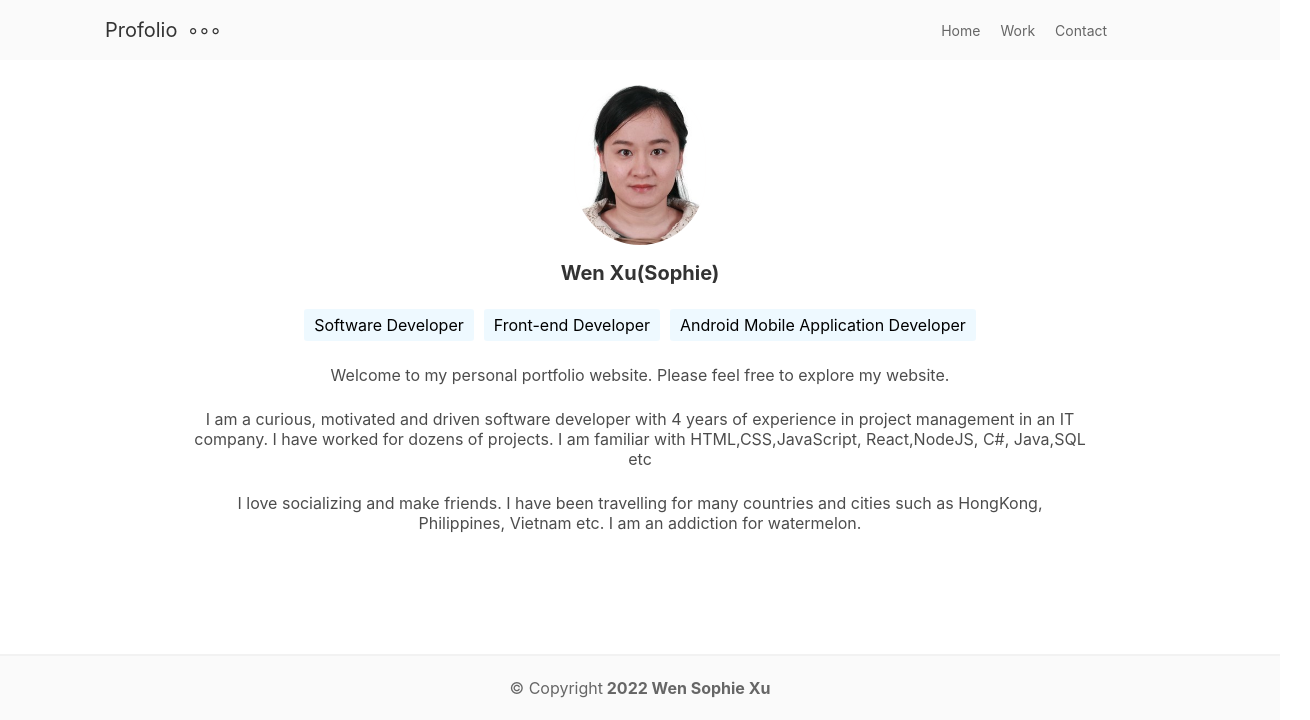
Repository: wenxi0504/myResume_app
Page: /
These files come from the project's save history. The page is drawn as it stood at one moment and after the next save; the edit follows.
The browser window is 1280 px wide. The page is 1280 px wide, then 1310 px, so the pictures cover 1310 px, including what lies to the right of the window. The pictures show the whole page.
The project was rebuilt for these pictures with package versions that can differ from the ones it lists, and the page was loaded fresh each time. Also part of the build but not shown: src/pages/WorkPage/works.module.scss, src/components/WorkLists/work.module.scss, src/components/WorkLists/index.js, src/pages/WorkPage/index.js, src/pages/WorkPageDetail/index.js, src/pages/Contact/index.js.

Above is the page before, as saved 2022-01-04 00:57:01.

### src/index.js
import React from 'react';
import ReactDOM from 'react-dom';
import './index.css';
import App from './pages/App';
import reportWebVitals from './reportWebVitals';
import { BrowserRouter as Router} from 'react-router-dom'



ReactDOM.render(
  <Router>
    <App />
  </Router>,
  document.getElementById('root')
);

// If you want to start measuring performance in your app, pass a function
// to log results (for example: reportWebVitals(console.log))
// or send to an analytics endpoint. Learn more: https://bit.ly/CRA-vitals
reportWebVitals();

### src/index.css
body {
  margin: 0;
  padding: 0;
  font-family: -apple-system, BlinkMacSystemFont, "Segoe UI", "Roboto", "Oxygen",
    "Ubuntu", "Cantarell", "Fira Sans", "Droid Sans", "Helvetica Neue",
    sans-serif;
  -webkit-font-smoothing: antialiased;
  -moz-osx-font-smoothing: grayscale;
}

code {
  font-family: source-code-pro, Menlo, Monaco, Consolas, "Courier New",
    monospace;
}


body, h1, h2, h3, h4, h5, h6, hr, p, blockquote, dl, dt, dd, ul, ol, li, pre, form, fieldset, legend, button, input, textarea, th, td {
  margin:0; padding:0;
}
body, button, input, select, textarea {
  font:12px/1.5tahoma, arial, \5b8b\4f53;
}
h1, h2, h3, h4, h5, h6{
  font-size:100%;
  color:rgb(51, 51, 51);
}
address, cite, dfn, em, var {
  font-style:normal;
}
code, kbd, pre, samp {
  font-family:couriernew, courier, monospace;
}
small{
  font-size:12px;
}
ul, ol {
  list-style:none;

}

a {
  text-decoration:none;
}

sup {
  vertical-align:text-top;
}
sub{
  vertical-align:text-bottom;
}
legend {
  color:#000;
}
fieldset, img {
  border:0;
}
button, input, select, textarea {
  font-size:100%;
}
table {
  border-collapse:collapse; border-spacing:0;
}


html,body,#root{
   width: 100%;
   height: 100%;
}

code {
  font-family: source-code-pro, Menlo, Monaco, Consolas, "Courier New",
    monospace;
}

### src/pages/App.js
import logo from "./logo.svg";
import styles from "./App.module.scss";
import { Link, Routes, Route } from "react-router-dom";
import HomePage from "./HomePage";
import WorkPage from "./WorkPage";
import WorkPageDetail from "./WorkPageDetail";
import Contact from "./Contact";
function App() {
  //get value of location

  return (
    <div className={styles.App}>
      {/*Header*/}
      <header className={styles.header}>
        <div className={styles.box}>
          <Link to="/">
            <div className={styles.boxleft}>Profolio</div>
          </Link>
          <div className={styles.boxright}>
            <Link to="/">
              <p>Home</p>
            </Link>
            <Link to="/works">
              <p>Work</p>
            </Link>
            <Link to="/contact">
              <p>Contact</p>
            </Link>
          </div>
        </div>
      </header>

      {/* Content */}
      <section className={styles.content}>
        <div>
          <Routes>
            <Route path="/" exact element={<HomePage />} />
            <Route path="/works" exact element={<WorkPage />} />
            <Route path="/works/:id" exact element={<WorkPageDetail />} />
            <Route path="/contact" exact element={<Contact />} />
          </Routes>
        </div>
      </section>

      {/*footer*/}
      <footer className={styles.footer}>
        <p>
          © Copyright<b> 2022 Wen Sophie Xu</b>
        </p>
      </footer>
    </div>
  );
}

export default App;

### src/pages/App.module.scss
.App {
  display: flex;
  min-height: 100vh;
  flex-direction: column;
  .content {
    flex: 1;
    text-align: center;
  }
  .header {
    background-color: rgb(250, 250, 250);
    height: 60px;
    .selected {
      color: #333 !important;
      padding-bottom: 5px;
      border-bottom: 1.5px solid #333;
    }
    .box {
      width: 70%;
      height: 100%;

      display: flex;
      align-items: center;
      justify-content: space-between;
      a:hover {
        text-decoration: none;
      }
      .boxleft {
        font-size: 20px;
        color: rgb(51, 51, 51);
        padding: 0px 5px 0px 100px;
        margin: 0px 5px;
      }
      .boxleft::after {
        content: "◦◦◦";
        margin-left: 0.5em;
      }

      .boxright {
        display: inline-flex;
        justify-content: flex-start;
        padding: 0px 5px 0px 100px;
        margin: 0px 5px 0px 600px;
        p {
          margin: 0px 10px;
          font-size: 14px;
          color: rgb(102, 102, 102);
        }
      }
      div {
        cursor: pointer;
      }
    }
  }
  .footer {
    text-align: center;
    padding: 20px 0px;
    margin-top: 10px;;
    color: rgb(102, 102, 102);
    background: #fafafa;
    border-top: 2px solid #f2f2f2;
    p {
      padding: 2px 0px;
    }
  }
}

### src/pages/HomePage/index.js
// eslint-disable-next-line no-unused-vars
import React, { Component } from 'react';
import styles from'./home.module.scss'


// eslint-disable-next-line import/no-anonymous-default-export
export default () => {
    return <div className={styles.wrap}>
        {/* Personal Info*/}
       <section className={styles.brief}>

       <img className={styles.backgroundColor} src={require("../../assets/images/wenxuReact2.jpg")} alt="sophie"/>
       <h2>Wen Xu(Sophie)</h2>

       <ul>
          <li>Software Developer</li>
          <li>Front-end Developer</li>
          <li>Android Mobile Application Developer</li>
       </ul>
       <p>Welcome to my personal portfolio website. Please feel free to explore my website.</p>
       <p>I am a curious, motivated and driven software developer with 4 years of experience in project management in an IT company. I have worked for dozens of projects. I am familiar with HTML,CSS,JavaScript, React,NodeJS, C#, Java,SQL etc </p>
       <p>I love socializing and make friends. I have been travelling for many countries and cities such as HongKong, Philippines, Vietnam etc. I am an addiction for watermelon. </p>
       </section>

        </div>
}

### src/pages/HomePage/home.module.scss

    .wrap{
        flex: 1;
        width: 70%;
        margin: 5px auto;
        .brief{
           text-align: center;


            h2{
              padding: 12px 0px;
              font-size: 20px;
            }

            img{

               width: 130px;
               height: 160px;
               border-radius: 150px;
               margin-top: 20px;
               box-shadow:0px 0px 2px 0px rgb(253, 251, 251)

            }
            img:hover{
                box-shadow: 0px 0px 15px 3px rgb(246, 239, 233)
            }



           ul{
            display: flex;
            justify-content: center;
             li{
                padding: 6px 10px;
                background: rgba(87, 199, 255, 0.1);
                margin: 12px 5px;
                border-radius: 3px;
             }
           }

           p{
            padding: 12px 0px;
            color: rgba(0, 0, 0, 0.7);
          }
        }

        .work{
            text-align: center;
            padding-top: 40px;
            padding-bottom: 25px;
            .title{
              h3{
                font-size: 30px;
                padding-bottom: 12px;
                color: rgba(0,0,0,.8);
                font-weight: 400;
              }
              p{
                color: rgba(0, 0, 0, 0.7);
              }
            }

    }
}

Loaded but not shown: public/index.html (common file); src/reportWebVitals.js (common file)

After the next save:
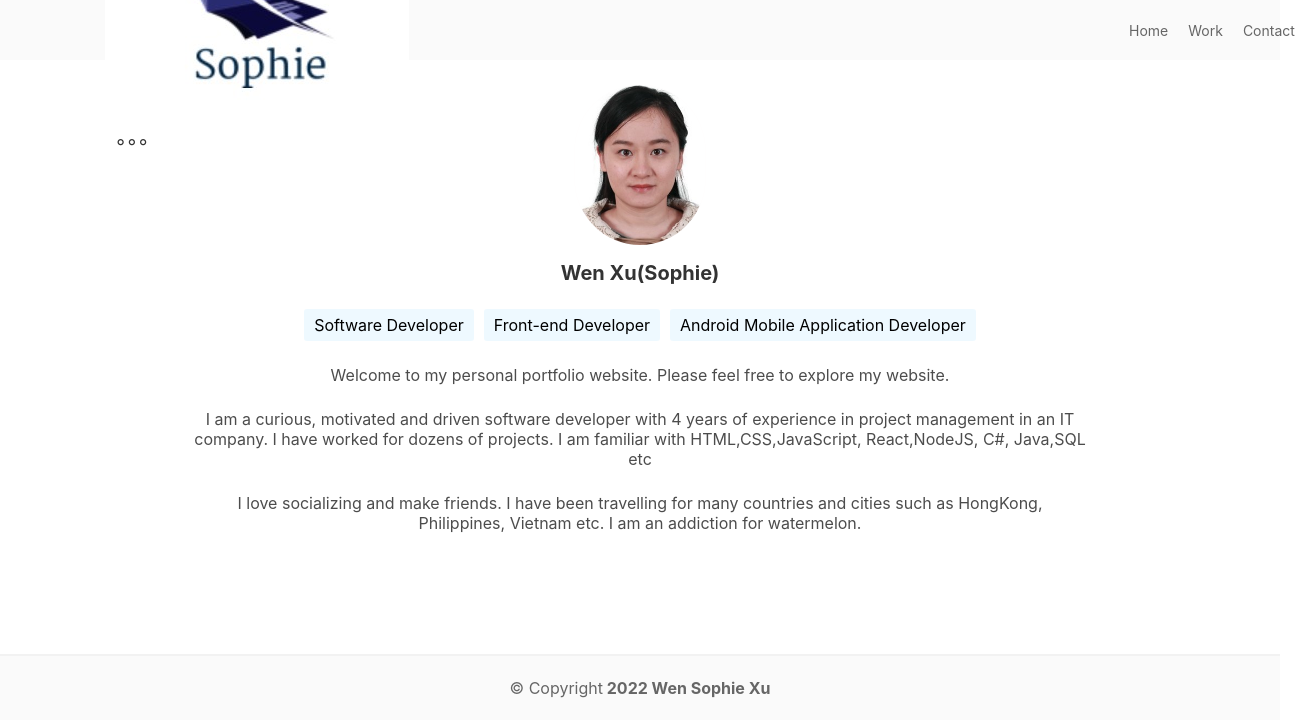
Saved 16 min 17 s later.
--- a/src/pages/App.js
+++ b/src/pages/App.js
@@ -14,7 +14,9 @@ function App() {
       <header className={styles.header}>
         <div className={styles.box}>
           <Link to="/">
-            <div className={styles.boxleft}>Profolio</div>
+            <div className={styles.boxleft}>
+              <img src={require("../../src/assets/images/logo.jpg")} alt="sophie"/>
+            </div>
           </Link>
           <div className={styles.boxright}>
             <Link to="/">
